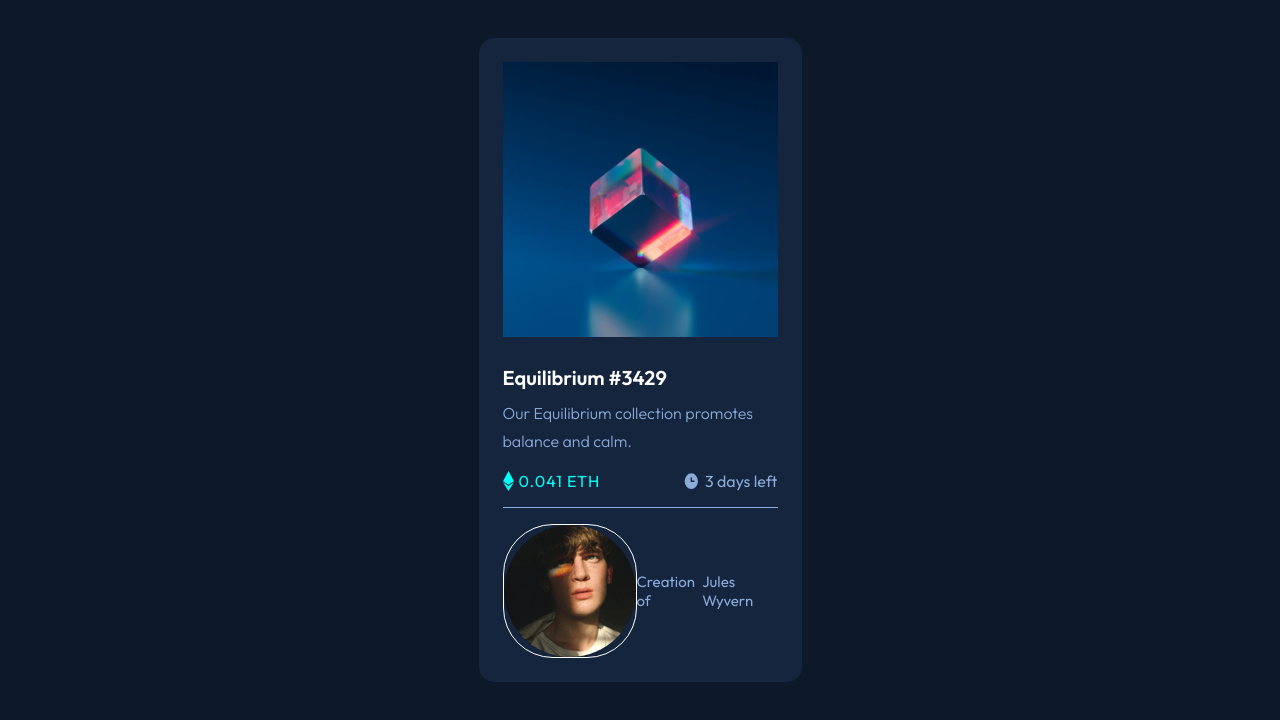
Repository: VAL1DOL-web/fm-NFT-preview-card-component
Page: index.html
These files come from the project's save history. The page is drawn as it stood at one moment and after the next save; the edit follows.
The browser window is 1280 px wide. The pictures show the whole page.

Above is the page before, as saved 2024-01-07 15:50:40.

### index.html
<!DOCTYPE html>
<html lang="en">
<head>
  <meta charset="UTF-8">
  <meta name="viewport" content="width=device-width, initial-scale=1.0"> <!-- displays site properly based on user's device -->

  <link rel="icon" type="image/png" sizes="32x32" href="./images/favicon-32x32.png">
  <link rel="stylesheet" href="style.css">

  <title>NFT preview card component</title>

</head>
<body>
  <div class="card">
    <div class="image">
      <img src="images/image-equilibrium.jpg" alt="" class="mainImg" >
    </div>
    <h3>Equilibrium #3429</h3>
    <div class="description">
      Our Equilibrium collection promotes balance and calm.
    </div>
    <div class="price-days">
      <div class="price">
        <img src="images/icon-ethereum.svg" alt="">0.041 ETH
      </div>
      <div class="days"><img src="images/icon-clock.svg" alt="">3 days left</div>
    </div>
    <div class="creator">
      <img src="images/image-avatar.png" alt="" class="avatar">Creation of <span>Jules Wyvern</span>
    </div>
  </div>
</body>
</html>

### style.css
@import url('https://fonts.googleapis.com/css2?family=Outfit:wght@300;400;600&display=swap');

* {
    margin: 0;
    padding: 0;
  }
body {
    background: hsl(217, 54%, 11%);
    width: 100%;
    height: 100vh;
    color:white;
    display: flex;
    justify-content: center;
    align-items: center;
    font-family: 'Outfit', sans-serif;
  }
.card {
    background-color:hsl(216, 50%, 16%);
    border-radius:15px;
    width: 275px;
    padding: 1.5rem;
}
.image {
    position: relative;
}
.mainImg {
    width: 100%;
    height: 100%;
}
h3 {
    margin-top: 1.5rem;
    font-size:20px ;
    font-weight: 600;
}
.description {
    margin: 0.6rem 0 1rem 0;
    color:hsl(215, 51%, 70%);
    line-height: 28px;
    font-weight: 300;
}
.price-days {
    display: flex;
    justify-content: space-between;
    border-bottom: 1px solid hsl(215, 51%, 70%);
    padding-bottom:  1rem;
    margin-bottom: 1rem;
}
.price {
    display: flex;|
    align-items: center;
    color:hsl(178, 100%, 50%);
    font-style: 14px;
    letter-spacing: 1px;
}
.price img {
    margin-right: 5px;
}
.days {
    display: flex;|
    align-items: center;
    color:hsl(215, 51%, 70%);
    font-size: 16px;
}
.days img {
    margin-right: 5px;
}
.creator {
    display: flex;
    align-items: center;
    font-size: 15px;
    color:hsl(215, 51%, 70%)
}
.avatar {
    border:  1px solid white;
    border-radius: 50px;
}

After the next save:
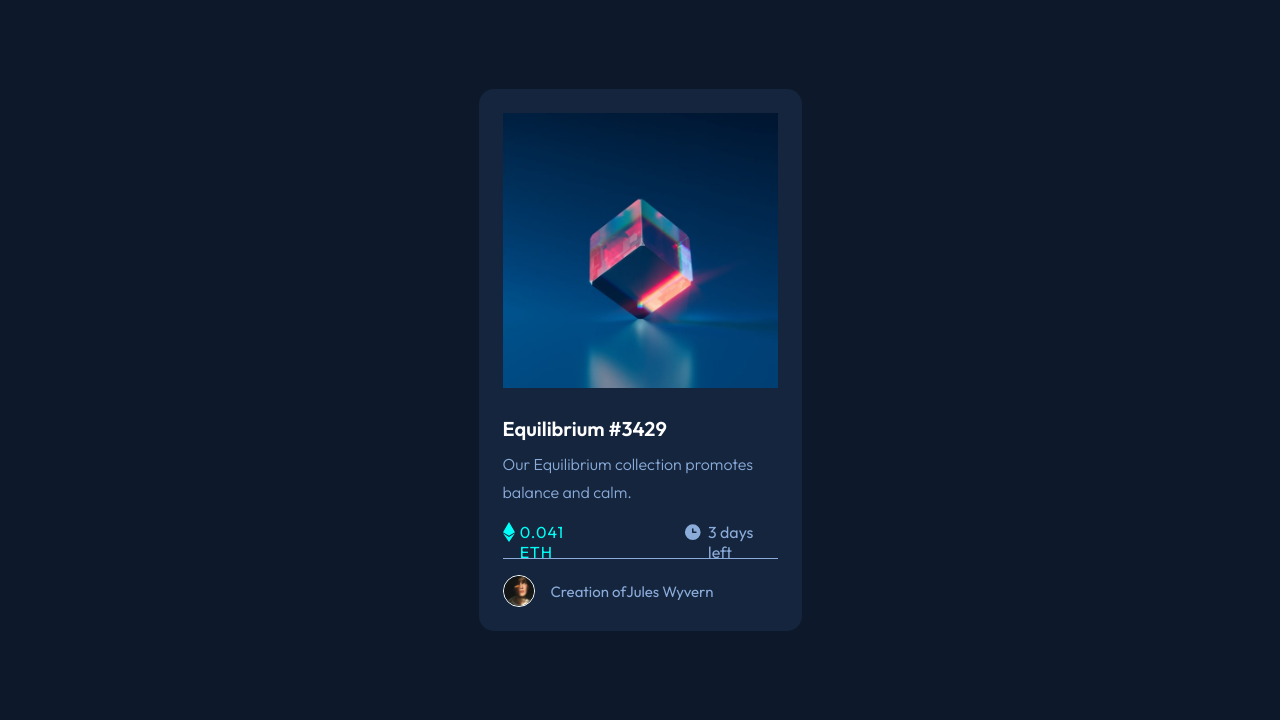
Saved 55 s later.
--- a/style.css
+++ b/style.css
@@ -73,4 +73,6 @@ h3 {
 .avatar {
     border:  1px solid white;
     border-radius: 50px;
+    margin-right: 1rem;
+    width: 30px;
 }
